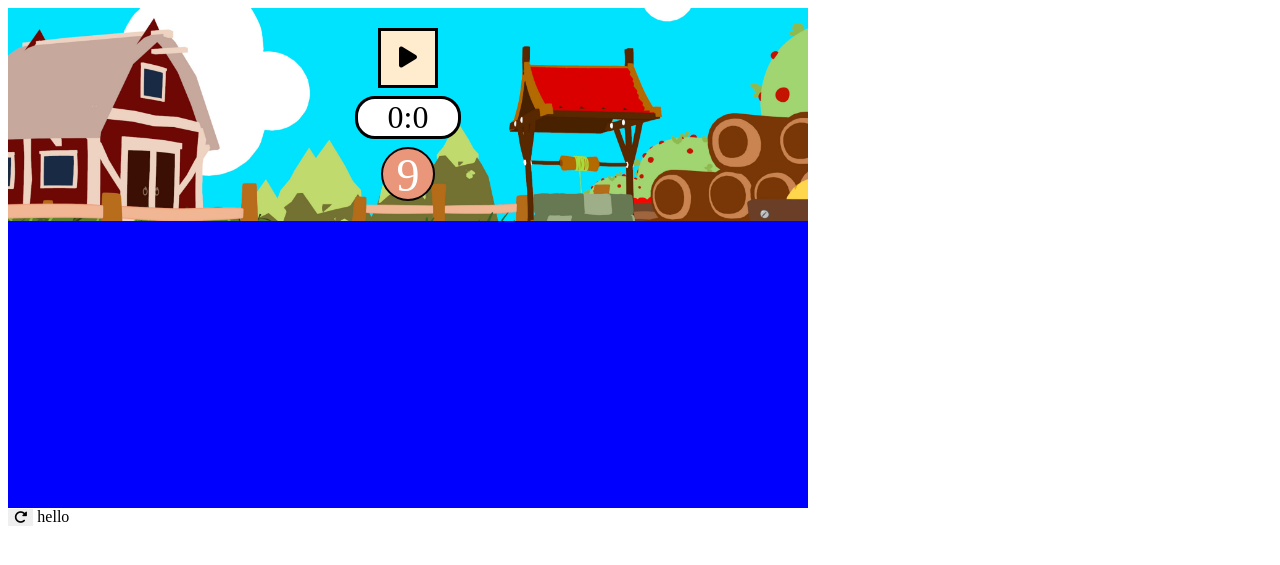
Repository: ggandory/browser101
Page: chapter7/carrot/index.html
An editor plug-in stored every save of this project. The page is shown before and after the next save, followed by the edit.
The browser window is 1280 px wide. The pictures show the whole page.
Some web libraries are served in a nearby version.

Above is the page before, as saved 2024-05-01 22:55:51.

After the next save:
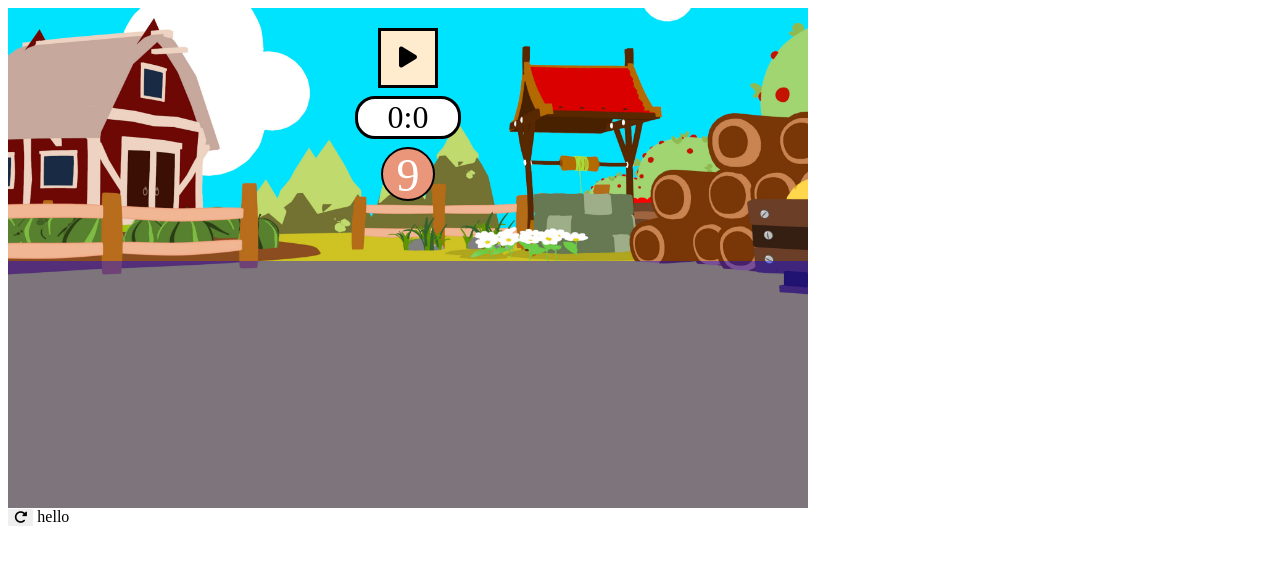
Saved 76 s later.
--- a/chapter7/carrot/style.css
+++ b/chapter7/carrot/style.css
@@ -55,5 +55,7 @@ button {
 .game_field {
   width: 100%;
   height: 100%;
+  margin-top: 40px;
   background-color: blue;
+  opacity: 0.4;
 }
